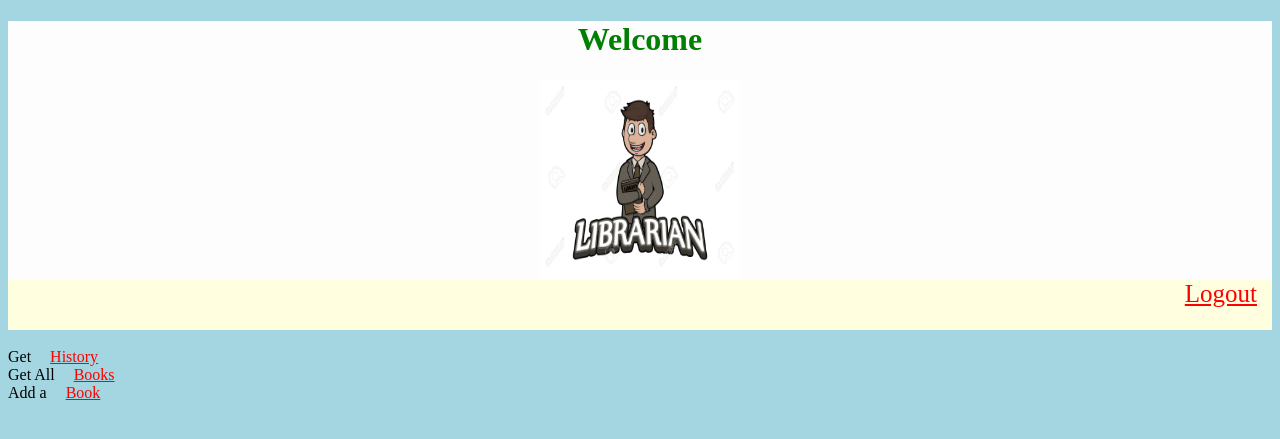
Repository: prashantvadlamani/Library-Management-System
Page: http://localhost/project/librarian.jsp
These files come from the project's save history. The page is drawn as it stood at one moment and after the next save; the edit follows.
The browser window is 1280 px wide. The pictures show the whole page.
The page is served by Tomcat 9. Other server files are loaded and not shown.

Above is the page before, as saved 2018-08-23 06:02:54.

### project/WebContent/librarian.jsp
<%@ page language="java" contentType="text/html; charset=ISO-8859-1"
    pageEncoding="ISO-8859-1"%>
<%@page import="java.util.*"%>
<%@page import="model.*"%>
<!DOCTYPE html PUBLIC "-//W3C//DTD HTML 4.01 Transitional//EN" "http://www.w3.org/TR/html4/loose.dtd">
<html>
<head>
<meta http-equiv="Content-Type" content="text/html; charset=ISO-8859-1">
<title>Librarian</title>
<style>
	h1{
		text-align:center;
		color: green;
	}

	a{
		color: red;
		padding: 15px;
	}
	body{
		background-color: #a3d6e0;
	}
	img{
		width:200px;
		height: 200px;
	}
	.center {
    display: block;
    margin-left: auto;
    margin-right: auto;
	}
</style>
</head>
<body>
	<header style="background-color:#fdfdfd;">
	   <h1>Welcome</h1>
	   <span><img src="images/librarianlogo.jpg" class="center"></img></span>
  </header>
	<div style="text-align:right;background-color: lightyellow;height: 50px;font-size: 25px;"><a href="logout" >Logout</a></div>
	<br>
	Get <a href="libhistory">History</a>
	<br>
	Get All <a href="librarianServlet">Books</a>
	<br>
	Add a <a href="add">Book</a>



</body>
</html>

After the next save:
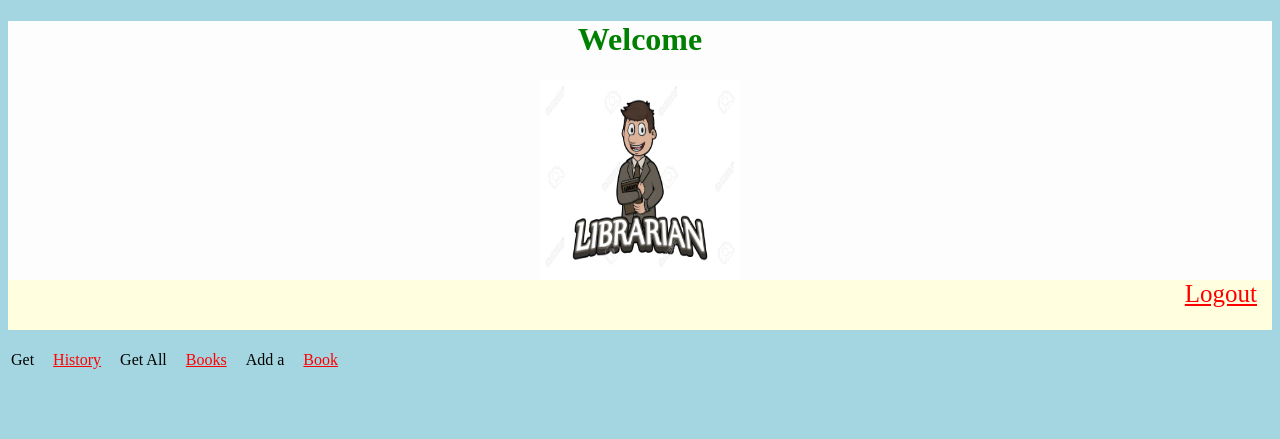
Saved 81 s later.
--- a/project/WebContent/librarian.jsp
+++ b/project/WebContent/librarian.jsp
@@ -38,13 +38,14 @@
   </header>
 	<div style="text-align:right;background-color: lightyellow;height: 50px;font-size: 25px;"><a href="logout" >Logout</a></div>
 	<br>
-	Get <a href="libhistory">History</a>
-	<br>
-	Get All <a href="librarianServlet">Books</a>
-	<br>
-	Add a <a href="add">Book</a>
+	<table>
+		<tr>
+			<td>Get <a href="libhistory">History</a></td>
 
-
+			<td>Get All <a href="librarianServlet">Books</a></td>
+			<td>Add a <a href="add">Book</a><td>
+	</tr>
+	</table>
 
 </body>
 </html>
